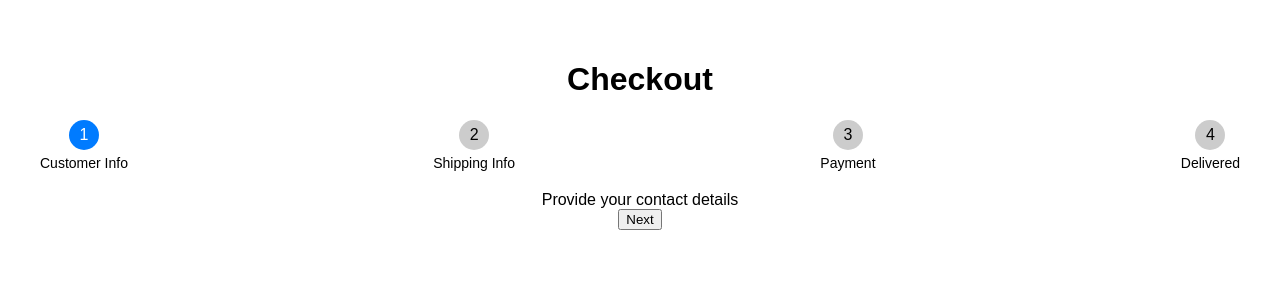
Repository: s-babaeizadeh/stepper-react
Page: /
An editor plug-in stored every save of this project. The page is shown before and after the next save, followed by the edit.
The browser window is 1280 px wide. The page is 1280 px wide, then 1284 px, so the pictures cover 1284 px, including what lies to the right of the window. The pictures show the whole page.
The project was rebuilt for these pictures with package versions that can differ from the ones it lists, and the page was loaded fresh each time. Also part of the build but not shown: vite.config.js.

Above is the page before, as saved 2024-08-10 12:09:07.

After the next save:
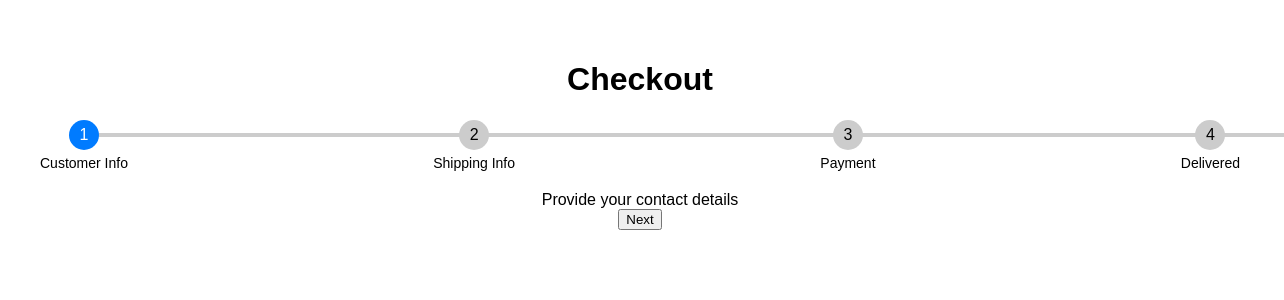
Saved 38 s later.
--- a/src/App.css
+++ b/src/App.css
@@ -22,6 +22,7 @@
 .progress-bar {
   position: absolute;
   top: 25%;
+  width: 100%;
   left: 0;
   height: 4px;
   background-color: #ccc;
@@ -30,5 +31,5 @@
 .progress {
   height: 100%;
   background-color: #28a745;
-  transition: 0.25 ease;
+  transition: 0.2s ease;
 }
